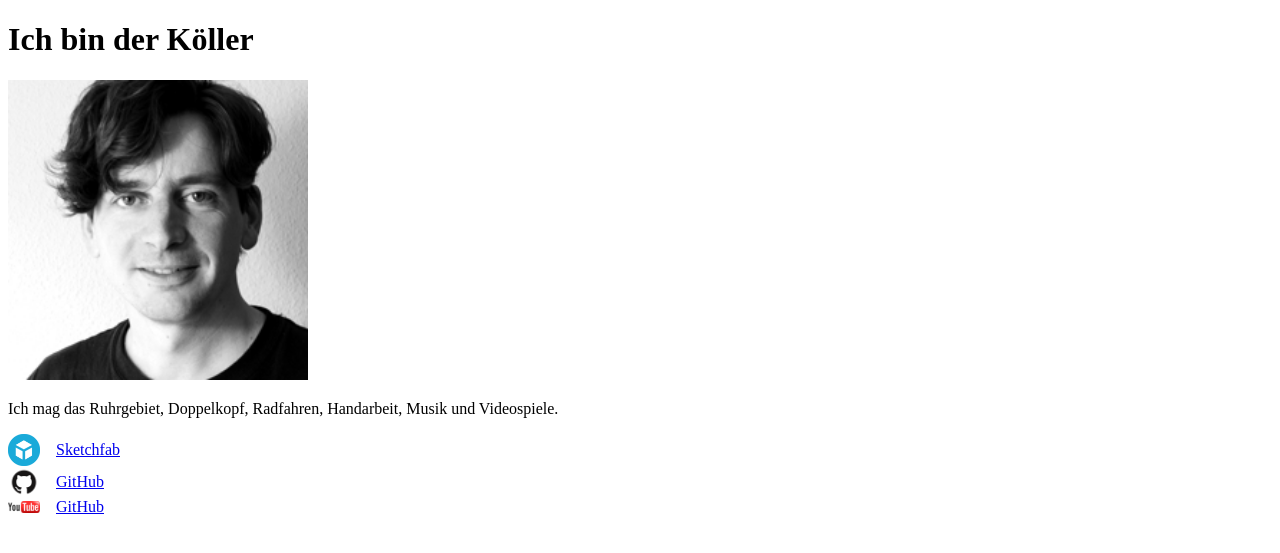
Repository: gringlas/sebastian-koeller.de
Page: index.html
These files come from the project's save history. The page is drawn as it stood at one moment and after the next save; the edit follows.
The browser window is 1280 px wide. The pictures show the whole page.

Above is the page before, as saved 2022-03-28 23:45:34.

### index.html
<!DOCTYPE html>
<html>

<head>
    <title>Der Köller</title>
    <meta charset="utf-8">
    <style>
        ul {
            list-style-type: none;
            padding:0;
        }

        li img {
            width: 2rem;
            margin-right:1rem;
        }
        li a {
            display:flex;
            align-items: center;
        }
    </style>
</head>

<body>
    <h1>Ich bin der Köller</h1>
    <img src="images/seb_avatar.jpg" alt="Köller" width="300" height="300">
    <p>Ich mag das Ruhrgebiet, Doppelkopf, Radfahren, Handarbeit, Musik und Videospiele.</p>
    <ul>
        <li>
            <a href="https://sketchfab.com/gringlas">
                <img src="images/sketchfab-logo.png" alt="Sketchfab Logo" />
                <span>Sketchfab</span>
            </a>
        </li>
        <li>
            <a href="https://github.com/gringlas">
                <img src="images/github-logo.png" alt="GitHub Logo" />
                <span>GitHub</span>
            </a>
        </li>
        <li>
            <a href="https://www.youtube.com/channel/UCEOvitI2NXxpG9W_qRZaPPw">
                <img src="images/youtube-logo.png" alt="Youtube Logo" />
                <span>GitHub</span>
            </a>
        </li>
    </ul>
</body>

</html>

After the next save:
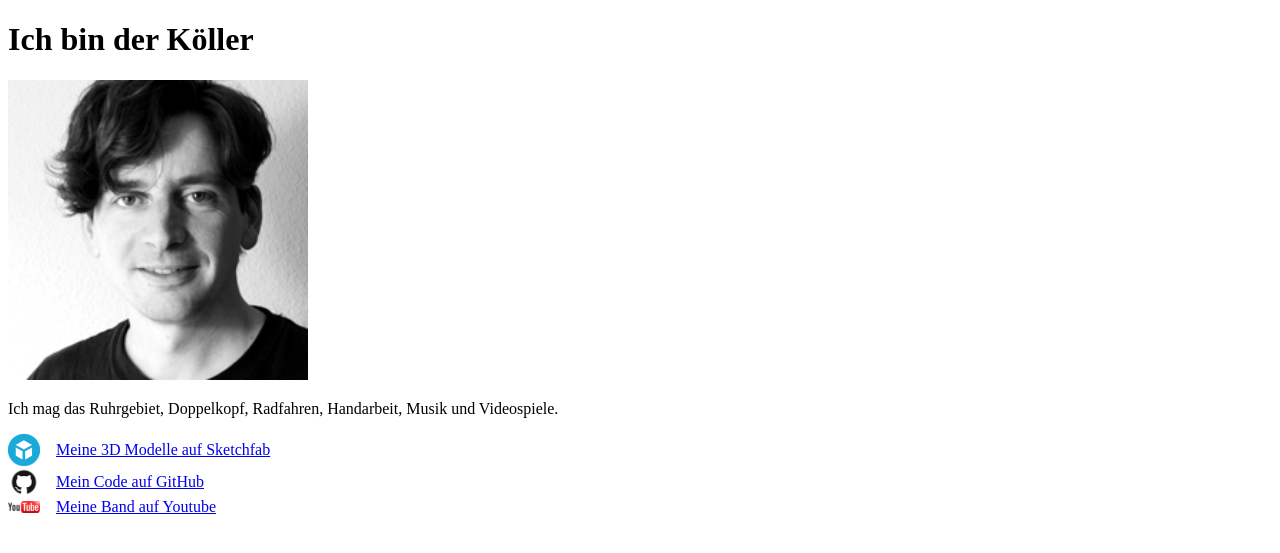
Saved 88 s later.
--- a/index.html
+++ b/index.html
@@ -29,19 +29,19 @@
         <li>
             <a href="https://sketchfab.com/gringlas">
                 <img src="images/sketchfab-logo.png" alt="Sketchfab Logo" />
-                <span>Sketchfab</span>
+                <span>Meine 3D Modelle auf Sketchfab</span>
             </a>
         </li>
         <li>
             <a href="https://github.com/gringlas">
                 <img src="images/github-logo.png" alt="GitHub Logo" />
-                <span>GitHub</span>
+                <span>Mein Code auf GitHub</span>
             </a>
         </li>
         <li>
             <a href="https://www.youtube.com/channel/UCEOvitI2NXxpG9W_qRZaPPw">
                 <img src="images/youtube-logo.png" alt="Youtube Logo" />
-                <span>GitHub</span>
+                <span>Meine Band auf Youtube</span>
             </a>
         </li>
     </ul>
